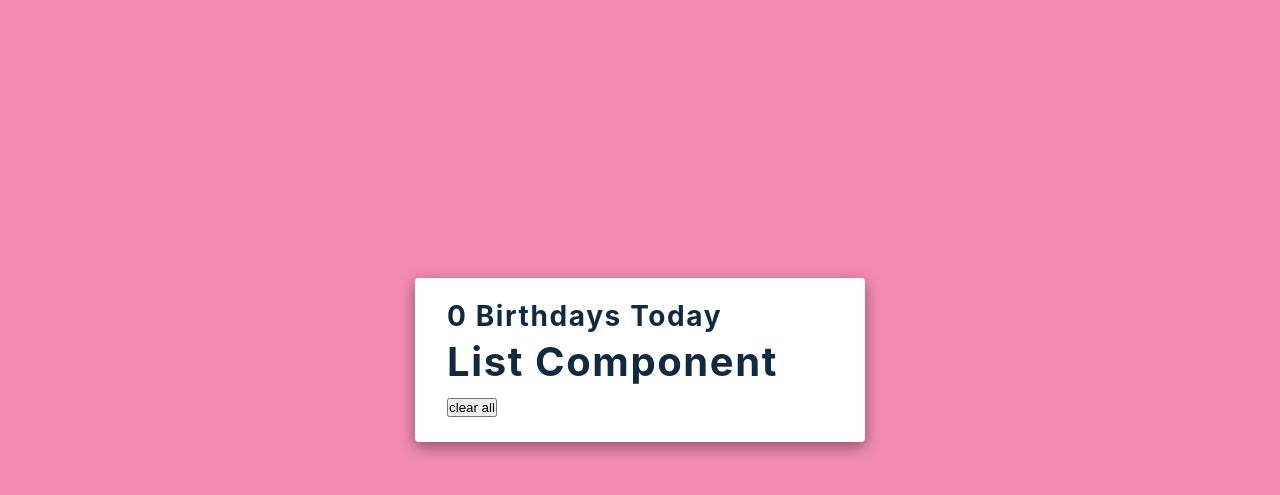
Repository: bodescuanamariia/birthday-reminder
Page: /
The author's editor kept a copy of each file at every save. The page is drawn from the files as they stood at one save, then again after the next save.
The browser window is 1280 px wide. The pictures show the whole page.
The project was rebuilt for these pictures with package versions that can differ from the ones it lists, and the page was loaded fresh each time. Imported but missing from the stored project, and not drawn on this page: src/data.

Above is the page before, as saved 2022-04-14 14:27:45.

### src/index.css
/*
===============
Variables
===============
*/

:root {
  /* dark shades of primary color  */
  --clr-primary-1: hsl(162, 61%, 89%);
  --clr-primary-2: hsl(162, 61%, 78%);
  --clr-primary-3: hsl(162, 61%, 67%);
  --clr-primary-4: hsl(162, 61%, 57%);

  /* primary main color  */
  --clr-primary-5: hsl(162, 73%, 46%);

  /* lighter shades of primary color  */
  --clr-primary-6: #1aa179;
  --clr-primary-7: #13795b;
  --clr-primary-8: #0d503c;
  --clr-primary-9: #06281e;

  /* darkest grey - used for headings */
  --clr-grey-1: hsl(212, 33%, 89%);
  --clr-grey-2: hsl(210, 31%, 80%);
  --clr-grey-3: hsl(211, 27%, 70%);
  --clr-grey-4: hsl(209, 23%, 60%);

  /* grey used for paragraphs */
  --clr-grey-5: hsl(210, 22%, 49%);
  --clr-grey-6: hsl(209, 28%, 39%);
  --clr-grey-7: hsl(209, 34%, 30%);
  --clr-grey-8: hsl(211, 39%, 23%);
  --clr-grey-9: hsl(209, 61%, 16%);
  --clr-white: #fff;
  --clr-red-dark: hsl(360, 67%, 44%);
  --clr-red-light: hsl(360, 71%, 66%);
  --clr-green-dark: hsl(125, 67%, 44%);
  --clr-green-light: hsl(125, 71%, 66%);
  --clr-black: #222;
  --transition: all 0.3s linear;
  --spacing: 0.1rem;
  --radius: 0.25rem;
  --light-shadow: 0 5px 15px rgba(0, 0, 0, 0.1);
  --dark-shadow: 0 5px 15px rgba(0, 0, 0, 0.4);
  --max-width: 1170px;
  --fixed-width: 450px;
  --clr-pink: #f28ab2;
}

/*
===============
Global Styles
===============
*/
*,
::after,
::before {
  margin: 0;
  padding: 0;
  box-sizing: border-box;
}
body {
  font-family: -apple-system, BlinkMacSystemFont, "Segoe UI", "Roboto", "Oxygen",
    "Ubuntu", "Cantarell", "Fira Sans", "Droid Sans", "Helvetica Neue",
    sans-serif;
  background: var(--clr-pink);
  color: var(--clr-grey-9);
  line-height: 1.5;
  font-size: 0.875rem;
}
ul {
  list-style-type: none;
}
a {
  text-decoration: none;
}
h1,
h2,
h3,
h4 {
  letter-spacing: var(--spacing);
  text-transform: capitalize;
  line-height: 1.25;
  margin-bottom: 0.75rem;
}
h1 {
  font-size: 3rem;
}
h2 {
  font-size: 2rem;
}
h3 {
  font-size: 1.25rem;
}
h4 {
  font-size: 0.875rem;
}
p {
  margin-bottom: 1.25rem;
  color: var(--clr-grey-5);
}
@media screen and (min-width: 800px) {
  h1 {
    font-size: 4rem;
  }
  h2 {
    font-size: 2.5rem;
  }
  h3 {
    font-size: 1.75rem;
  }
  h4 {
    font-size: 1rem;
  }
  body {
    font-size: 1rem;
  }
  h1,
  h2,
  h3,
  h4 {
    line-height: 1;
  }
}

/*
===============
Global Classes
===============
*/
main {
  min-height: 100vh;
  display: flex;
  justify-content: center;
  align-items: center;
}

.container {
  width: 90vw;
  margin: 5rem 0;
  max-width: var(--fixed-width);
  background: var(--clr-white);
  border-radius: var(--radius);
  padding: 1.5rem 2rem;
  box-shadow: var(--dark-shadow);
}

.container h3 {
}

### src/App.js
import React, { useState } from "react";
import List from "./List";
import data from "./data";

function App() {
  return (
    <main>
      <section className="container">
        <h3>0 birthdays today</h3>
        <List />
        <button onClick={() => console.log("you clicked me")}>clear all</button>
      </section>
    </main>
  );
}

export default App;

### src/List.js
import React from "react";

const List = () => {
  return (
    <>
      <h2>list component</h2>
    </>
  );
};

export default List;

Loaded but not shown: public/index.html (common file); src/index.js (common file)

After the next save:
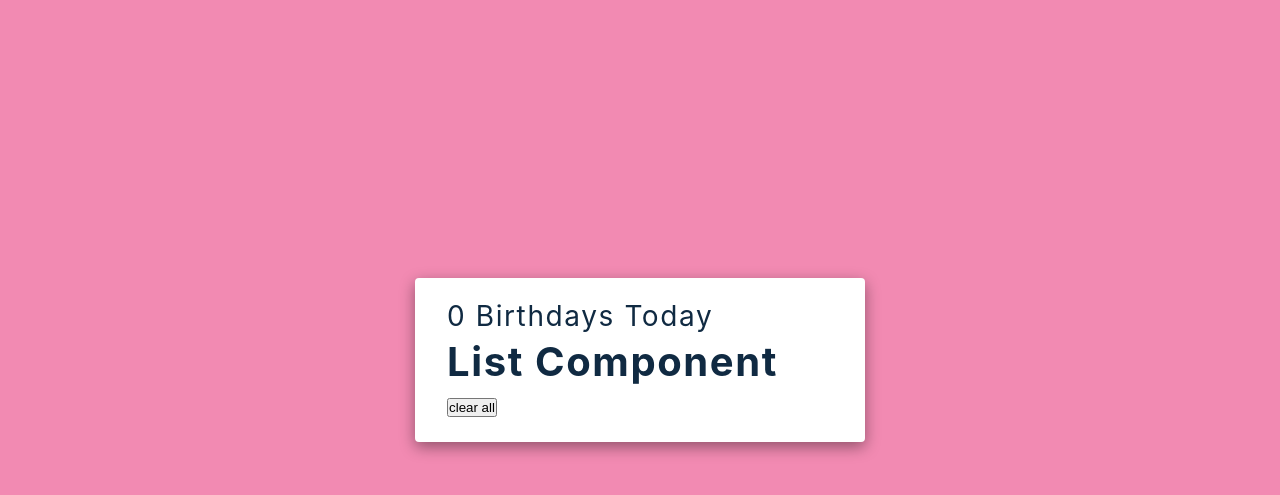
Saved 15 s later.
--- a/src/index.css
+++ b/src/index.css
@@ -147,4 +147,6 @@ main {
 }
 
 .container h3 {
+  font-weight: normal;
+  text-transform: ;
 }
